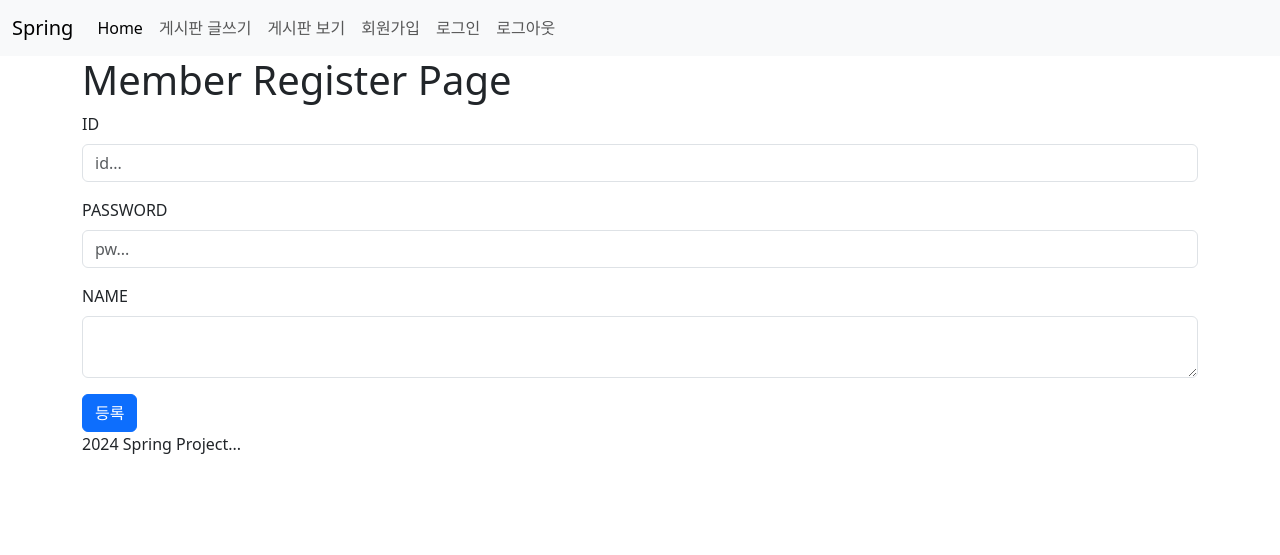
Repository: wanted2001/jsp_project
Page: http://localhost/spring_study/WEB-INF/views/member/register.jsp
The author's editor kept a copy of each file at every save. The page is drawn from the files as they stood at one save, then again after a run of saves.
The browser window is 1280 px wide. The pictures show the whole page.
The page is served by Tomcat 9. Nobody is signed in. The template is opened directly, without the code that normally fills it, so the values that code supplies are empty.

Above is the page before, as saved 2024-04-25 05:51:24.

After the next 2 saves:
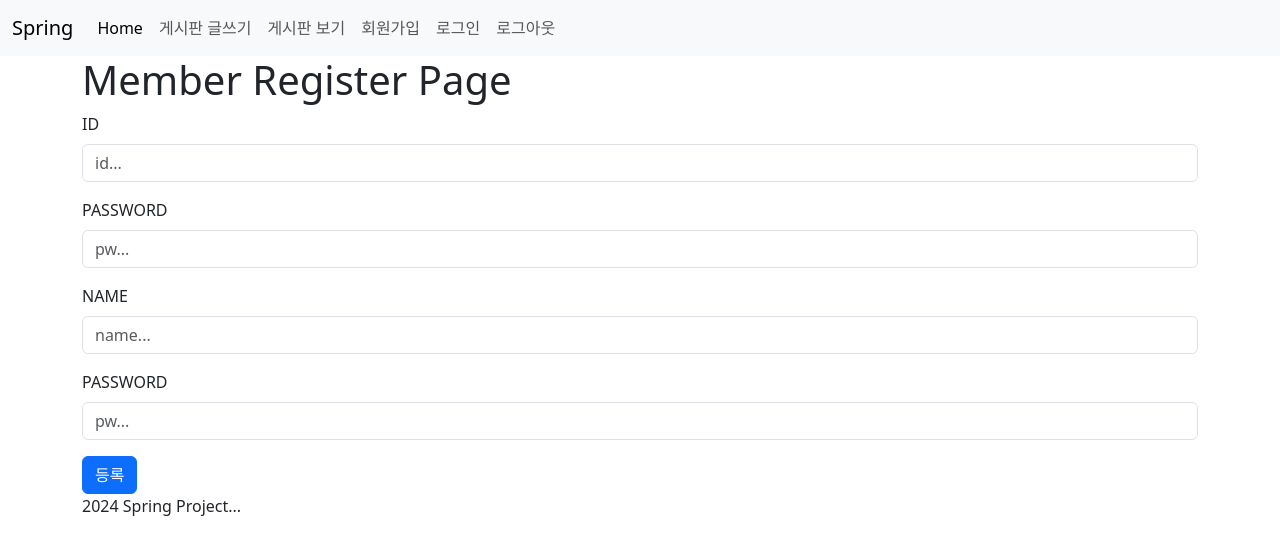
The 2 saves are shown as one change because they came seconds apart.
The last was saved 27 s later.
--- a/spring_study/src/main/webapp/WEB-INF/views/member/register.jsp
+++ b/spring_study/src/main/webapp/WEB-INF/views/member/register.jsp
@@ -13,9 +13,14 @@
 	  		<input type="text" class="form-control" name="pw" id="p" placeholder="pw...">
 		</div>
 		<div class="mb-3">
-  			<label for="" class="form-label">NAME</label>
-  			<textarea class="form-control" id="c" name="name" aria-label="With textarea"></textarea>
+	  		<label for="n" class="form-label">NAME</label>
+	  		<input type="text" class="form-control" name="name" id="n" placeholder="name...">
 		</div>
+		<div class="mb-3">
+	  		<label for="p" class="form-label">PASSWORD</label>
+	  		<input type="text" class="form-control" name="pw" id="p" placeholder="pw...">
+		</div>
+
 		<button type="submit" class="btn btn-primary">등록</button>
 	</form>
 		</div>
